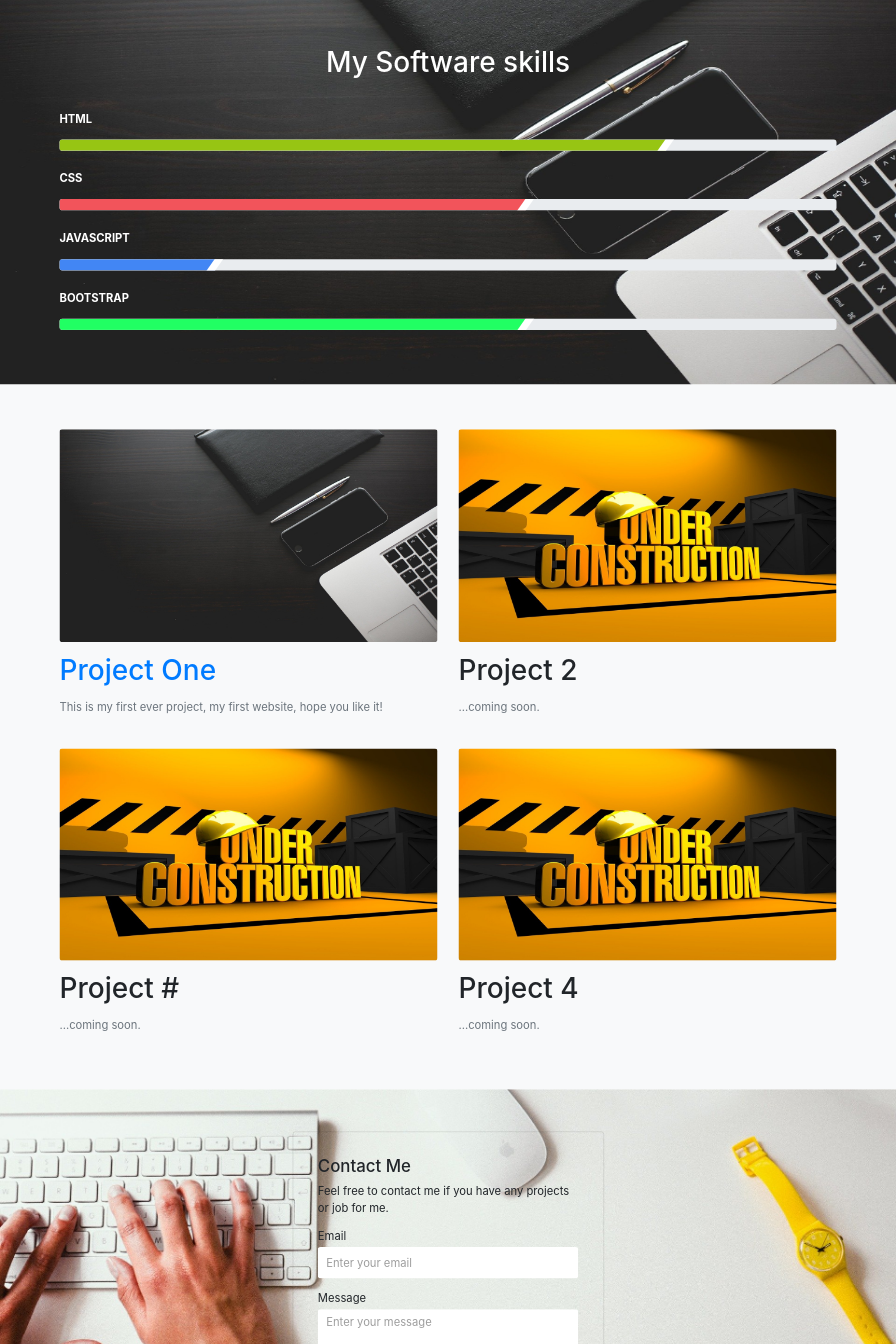
Repository: Kraljiccar/User-Centric-Frontend-Development-Milestone-Project
Page: index.html
The author's editor kept a record of every edit. The page is drawn from the files as they stood at one moment, then again after the next edit.
The browser window is 1280 px wide. The pictures show the part of the page from y = 1215 to 3135 px (the page is 3437 px tall), at 70% of full size.
Backgrounds fixed to the window are drawn as part of the page.

Above is the page before.

After the next edit:
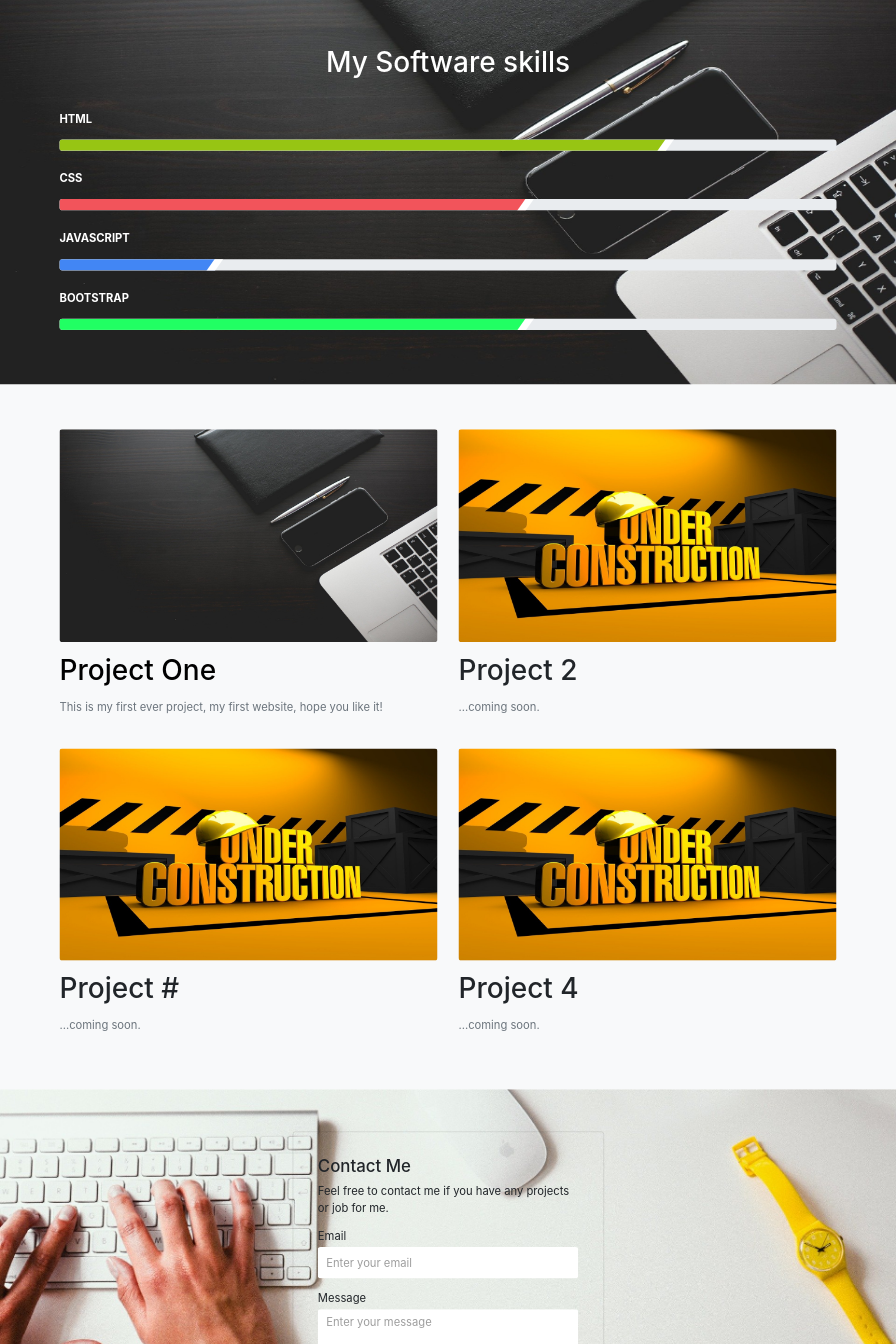
The edit:
--- a/index.html
+++ b/index.html
@@ -120,8 +120,8 @@
     <section id="projects" class="p-5 bg-light">
         <div class="container">
             <div class="row">
-                <div class="col-sm-6 my-3">
-                  <a href="#banner">  <img src="assets/images/office.jpg" alt="#" class="img-fluid rounded" alt="picture">
+                <div class="col-sm-6 my-3" >
+                  <a class="project-link" href="#banner">  <img src="assets/images/office.jpg" alt="#" class="img-fluid rounded" alt="picture">
                     <h1 class="my-3">Project One</h1>
                     <p class="text-muted">This is my first ever project, my first website, hope you like it!</p>
                </a>
